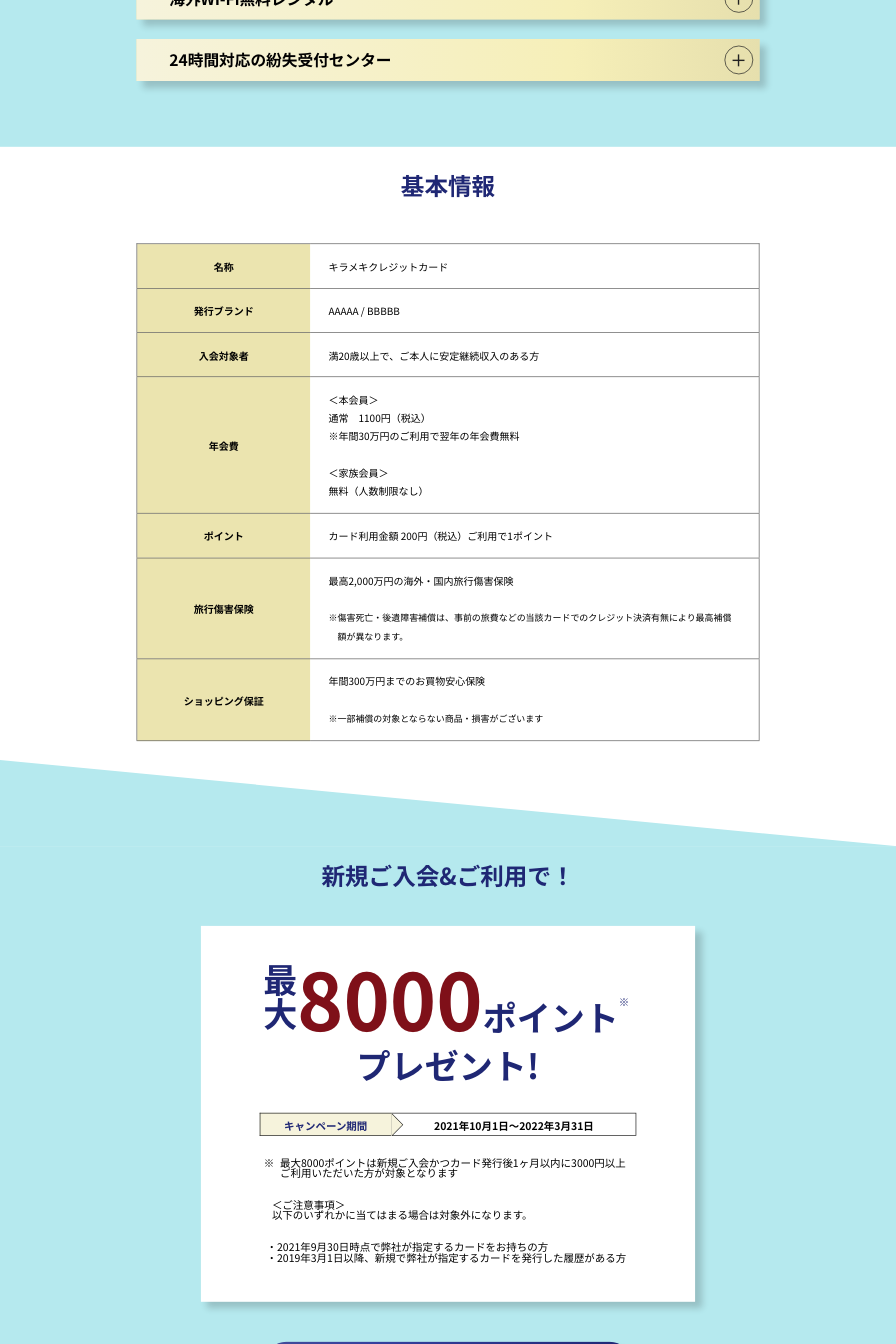
Repository: ryu-nuno/tech_academy_subwork
Page: kadai-kirameki-card/index.html
The author's editor kept a record of every edit. The page is drawn from the files as they stood at one moment, then again after the next edit.
The browser window is 1280 px wide. The pictures show the part of the page from y = 3904 to 5824 px (the page is 6251 px tall before and 6289 px after), at 70% of full size.
Some web libraries are served in a nearby version.

Above is the page before.

### kadai-kirameki-card/index.html
<!DOCTYPE html>
<html lang="ja">
    <head>
        <meta charset="UTF-8">
        <meta name="viewport" content="width=device-width, initial-scale=1.0">
        <title>Kirameki-card</title>
        <meta name="description" content="ページの説明が入ります">

        <!-- CSS -->
        <link rel="stylesheet" href="https://cdnjs.cloudflare.com/ajax/libs/normalize/8.0.1/normalize.css">
        <link rel="stylesheet" type="text/css" href="./slick/slick.css">
        <link rel="stylesheet" type="text/css" href="./slick/slick-theme.css">
        <!--<link rel="stylesheet" href="https://unpkg.com/swiper/swiper-bundle.css">
        <link rel="stylesheet" href="https://unpkg.com/swiper/swiper-bundle.min.css">-->
        <link rel="stylesheet" href="https://unpkg.com/swiper@7/swiper-bundle.min.css">
        <link rel="stylesheet" href="css/ress.min.css">
        <link rel="stylesheet" href="./css/style.css">

        <!-- FontAwesome -->
        <script src="https://kit.fontawesome.com/ab2670e4fc.js" crossorigin="anonymous"></script>

        <link rel="preconnect" href="https://fonts.googleapis.com">
        <link rel="preconnect" href="https://fonts.gstatic.com" crossorigin>
        <link href="https://fonts.googleapis.com/css2?family=Cormorant+Garamond:wght@300&family=Noto+Serif+JP&family=Roboto&display=swap" rel="stylesheet">
    </head>
    <body>
      <div id="wrapper">


        <!-- ヘッダー -->
        <header class="header">
          <div class="logo"><img src="./images/pc/Kirameki_Card_logo.png" alt=""></div>

          <div class="header_wrap">
            <div class="nav">
            <nav class="pc_nav">
              <ul class="pc_nav_ul">
                <li><a href="#">カード活用方法</a></li>
                <li><a href="#">ポイントを使う</a></li>
                <li><a href="#">お問合せ</a></li>
              </ul>
            </nav>
            </div>

            <div class="application_button_s"><span class="head_right"><a href="#">申し込む</a></span><i class="fas fa-chevron-right"></i></div>
          </div>
        </header>


        <header class="sp_header">
          <div><div class="sp_logo">キラメキカード</div></div>
                  <div class="sp_nav_wrap">
          <div id="menu"><span class="hamburger"><i class="fas fa-bars"></i></span></div>
            <nav class="sp_nav">
            <ul class="sp_nav_ul">
              <li><a href="#">カード活用方法</a></li>
              <li><a href="#">ポイントを使う</a></li>
              <li><a href="#">お問い合わせ</a></li>
            </ul>
        </nav>
    </div>
  </header>

        <!--メイン-->
        <main>

          <section class="main_top">
              <h1 class="main_catch">ネットショッピング時代の<br class="sp_br">スタンダード</h1>
                <div class="main_img">
                  <img src="./images/pc/lp6_1.png" alt="">
                </div>
                <div class="sp_join_button"><span class="sp_join_p"><a href="#">申し込む</a></span><i class="fas fa-chevron-right"></i></div>
                <div class="stack">
                  <div class="sub_catch">キラメキカードは<br class="sp_br">2021最強クレジットカード<br class="sp_br">ランキングNo.1に選ばれました</div>
                </div>
          </section>


          <div class="hide">
            <div class="gap">

            </div>
          </div>

          <div class="hide">
            <section class="join1">

              <h2 class="ad_heading">新規ご入会&ご利用で！</h2>
              <div class="join_wrap">
                <div class="join_detail">
                  <span class="vertical">最大</span>
                  <span class="font_l_red">8000</span><span class="point">ポイント</span><span class="kome">※</span><br>
                  <span class="text_center_present">プレゼント!</span>
                </div>

                <div class="campaign_period">
                  <span class="campaign">キャンペーン期間</span>
                 <span class="period">2021年10月1日〜2022年3月31日</span>
                </div>

                 <div class="campaign_caution">
                   <span class="rice_2">※</span>
                  <span class="subject">最大8000ポイントは新規ご入会かつカード発行後1ヶ月以内に3000円以上ご利用いただいた方が対象となります</span>
                 </div>

                <div class="caution_detail">
                  <div class="detail_first">
                  <span class="caution">＜ご注意事項＞<br></span>
                  <span class="not_app">以下のいずれかに当てはまる場合は対象外になります。<br></span>
                </div>

                <div class="detail_second">
                  <div class="flex">
                  <span class="not_app_p">・</span><span class="not_app_block">2021年9月30日時点で弊社が指定するカードをお持ちの方</span>
                </div>
                <div class="flex">
                  <span class="not_app_p">・</span><span class="not_app_block">2019年3月1日以降、新規で弊社が指定するカードを発行した履歴がある方</span>
                </div>
              </div>
              </div>
              </div>

                <div class="application_button_l"><span class="ad_right"><a href="#">キラメキカードに申し込む</a></span><i class="fas fa-chevron-right"></i></div>
             </section>
            </div>

          <div class="hide">
           <section class="benefit_service">
             <h2 class="heading">特典・サービス</h2>
            <table class="benefit_table">
              <tr>
                <td class="h_cell left_top"><span class="bold_head t_head">年会費</span></td>
                <td class="d_cell right_top"><span class="bold">1,100円（税込）<br></span>
                  <span class="bold">年間30万円のご利用で</span><span class="red_m">翌年度無料</span><span class="annotation sp_position">※1</span>
              </td>
              </tr>
              <tr>
                <td class="h_cell"><span class="bold_head t_head">ポイント還元</span></td>
                <td class="d_cell"><span class="bold">最大</span><span class="red_l">5</span><span class="bold">%</span><span class="annotation">※2</span> </td>
              </tr>
              <tr>
                <td class="h_cell"><span class="bold_head t_head">継続特典</span></td>
                <td class="d_cell"><span class="regular">年間30万円のご利用でもれなく<br></span>
                    <span class="red_l">5000</span><span class="bold">ポイント還元</span><span class="annotation">※1</span>
                </td>
              </tr>
              <tr>
                <td class="h_cell left_bottom"><span class="bold_head t_head">付帯サービス</span></td>
                <td class="d_cell right_bottom"><span class="regular">海外旅行障害保険<br></span>
                  <span class="bold">最高</span><span class="red_l">2000</span><span class="bold">万円</span>
                </td>
              </tr>
            </table>

            <div class="supplement sp_bottom"><span class="spp_no">※1 対象取引や算定期間等の実際の適用条件などの詳細は規約をご確認ください。</span></div>

          <div class="supplement"><span class="spp_no">※2一部ポイント加算対象とならない店舗および指定のポイント還元率にならない場合があります。ポイント還元率は利用金額に対する獲得ポイントを示したもので、ポイントの交換方法によっては、1ポイント1円相当にならない場合がございます。</span></div>


              <div class="application_button_l"><span class="ad_right"><a href="#">キラメキカードに申し込む</a></span><i class="fas fa-chevron-right"></i></div>
           </section>
          </div>

            <div class="hide">
             <section class="flow">
               <h2 class="heading">カード発行までの流れ</h2>

               <div class="swiper">
                <div class="swiper-wrapper">
                  <div class="swiper-slide"><div class="swiper-content"><span class="flow_no">01<br></span><span class="flow_head">カードお申し込み</span></div></div>
                  <div class="swiper-slide"><div class="swiper-content"><span class="flow_no">02<br></span><span class="flow_head">入会審査・カード発行</span></div></div>
                  <div class="swiper-slide"><div class="swiper-content"><span class="flow_no">03<br></span><span class="flow_head">カード到着</span></div></div>
                  <div class="swiper-slide"><div class="swiper-content"><span class="flow_no">04<br></span><span class="flow_head">アプリをダウンロード</span></div></div>
                  <div class="swiper-slide"><div class="swiper-content"><span class="flow_no">05<br></span><span class="flow_head">アプリでカード番号を確認</span></div></div>
                </div>
                <div class="swiper-button-prev"></div>
                <div class="swiper-button-next"></div>
                <div class="swiper-pagination"></div>
              </div>
             </section>
            </div>


           <section class="other">
              <h2 class="heading">他にも<br class="sp_br">特典・サービスがたくさん</h2>

              <div class="other_wrap">
                <dl class="accordion">
                    <dt class="other_heading"><div class="sp_question pc_question"><span class="other_head_p">国内も、海外も。<br class="sp_br">最高2,000万円の旅行傷害保険。</span><span class="symbol">開く</span></div></dt>
                    <dd class="other_p"><div class="flex" style="display : flex; align-items: baseline;"><div class="other_block">最高2,000万円の旅行傷害保険<br>海外・国内最高2,000万円の旅行傷害保険が付帯されます。（一部利用条件あり）</div></div></dd>
                    <dt class="other_heading"><div class="sp_question"><span class="other_head_p">年間300万円までの<br class="sp_br">お買物安心保険。</span><span class="symbol">開く</span></div></dt>
                    <dd class="other_p"><div class="flex" style="display : flex; align-items: baseline;"><div class="other_block">キラメキクレジットカードで決済して購入した商品が壊れたり、盗まれたりしたときに安心の保険サービスです。<br>保険料のお支払いや事前のお届けは必要ございません。</div></div></dd>
                    <dt class="other_heading"><div class="sp_question"><span class="other_head_p">国内空港ラウンジサービスが<br class="sp_br">無料<br class="sp_br"></span><span class="symbol">開く</span></div></dt>
                    <dd class="other_p"><div class="flex" style="display : flex; align-items: baseline;"><div class="other_block">国内主要空港のラウンジを無料でご利用いただくことが可能です。</div></div></dd>
                    <dt class="other_heading"><div class="sp_question"><span class="other_head_p_2">海外Wi-Fi無料レンタル</span><span class="symbol">開く</span></div></dt>
                    <dd class="other_p"><div class="flex" style="display : flex; align-items: baseline;"><div class="other_block">海外でご利用いただけるポータブルWi-Fiを無料でレンタルすることが可能です。</div></div></dd>
                    <dt class="other_heading"><div class="sp_question"><span class="other_head_p">24時間対応の<br class="sp_br">紛失受付センター</span><span class="symbol">開く</span></div></dt>
                    <dd class="other_p"><div class="flex" style="display : flex; align-items: baseline;"><div class="other_block">紛失したカードの利用停止と再発行のお手続きをWebと電話から同時に行うことが可能です。</div></div></dd>
                  </dl>
                </div>
            </section>








            <div class="hide">
              <section class="base_info">
                <h2 class="heading">基本情報</h2>

                <table class="base_info_table">
                  <tr><td class="base_info_th">名称</td><td class="base_info_td">キラメキクレジットカード</td></tr>
                  <tr><td class="base_info_th">発行ブランド</td><td class="base_info_td">AAAAA / BBBBB</td></tr>
                  <tr><td class="base_info_th">入会対象者</td><td class="base_info_td">満20歳以上で、ご本人に安定継続収入のある方</td></tr>
                  <tr><td class="base_info_th">年会費</td><td class="base_info_td"><div class="line_height">＜本会員＞<br>通常　1100円（税込）<br><span class="annotation_block">※年間30万円のご利用で翌年の年会費無料</span><br>＜家族会員＞<br>無料（人数制限なし）</div></td></tr>
                  <tr><td class="base_info_th">ポイント</td><td class="base_info_td">カード利用金額 200円（税込）ご利用で1ポイント</td></tr>
                  <tr><td class="base_info_th">旅行傷害保険</td><td class="base_info_td">最高2,000万円の海外・国内旅行傷害保険<br><span class="annotation_flex"><span class="info_annotation">※</span><span class="info_annotation annotation_block">傷害死亡・後遺障害補償は、事前の旅費などの当該カードでのクレジット決済有無により最高補償額が異なります。</span></span></td></tr>
                  <tr><td class="base_info_th">ショッピング保証</td><td class="base_info_td">年間300万円までのお買物安心保険<br><span class="annotation_flex"><span class="info_annotation">※</span><span class="info_annotation annotation_block">一部補償の対象とならない商品・損害がございます</span></span></td></tr>


                </table>
              </section>
            </div>

            <div class="hide">
              <section class="join2">
                <h2 class="ad_heading">新規ご入会&amp;ご利用で！</h2>
                <div class="join_wrap">
                  <div class="join_detail">
                    <span class="vertical">最大</span>
                    <span class="font_l_red">8000</span><span class="point">ポイント</span><span class="kome">※</span><br>
                    <span class="text_center_present">プレゼント!</span>
                  </div>

                  <div class="campaign_period">
                    <span class="campaign">キャンペーン期間</span>
                   <span class="period">2021年10月1日〜2022年3月31日</span>
                  </div>

                   <div class="campaign_caution">
                     <span class="rice_2">※</span>
                    <span class="subject">最大8000ポイントは新規ご入会かつカード発行後1ヶ月以内に3000円以上ご利用いただいた方が対象となります</span>
                   </div>

                  <div class="caution_detail">
                    <div class="detail_first">
                    <span class="caution">＜ご注意事項＞<br></span>
                    <span class="not_app">以下のいずれかに当てはまる場合は対象外になります。<br></span>
                  </div>

                  <div class="detail_second">
                    <div class="flex">
                    <span class="not_app_p">・</span><span class="not_app_block">2021年9月30日時点で弊社が指定するカードをお持ちの方</span>
                  </div>
                  <div class="flex">
                    <span class="not_app_p">・</span><span class="not_app_block">2019年3月1日以降、新規で弊社が指定するカードを発行した履歴がある方</span>
                  </div>
                </div>
                </div>
                </div>

                  <div class="application_button_l"><span class="ad_right"><a href="#">キラメキカードに申し込む</a></span><i class="fas fa-chevron-right"></i></div>
               </section>
              </div>

        </main>

        <!-- フッター -->
        <footer class="footer">
          <div class="footer_logo"><img src="./images/pc/Kirameki_Card_logo.png" alt="フッターロゴ"></div>
          <p class="copywrite">&copy; 2004-2021 Kirameki Card Co. Ltd. All Rights Reserved.</p>

        </footer>

        <!-- JS -->
        <script src="https://ajax.googleapis.com/ajax/libs/jquery/3.4.1/jquery.min.js"></script>
        <!--<script type="text/javascript" src="https://cdnjs.cloudflare.com/ajax/libs/jquery/1.11.1/jquery.min.js"></script>
        <script src="https://code.jquery.com/jquery-2.2.0.min.js" type="text/javascript"></script>-->
        <!--<script src="https://unpkg.com/swiper/swiper-bundle.js"></script>
        <script src="https://unpkg.com/swiper/swiper-bundle.min.js"></script>-->
        <script src="https://unpkg.com/swiper@7/swiper-bundle.min.js"></script>
        <script src="./slick/slick.js"  ></script>
        <script src="./js/hamburger.js"></script>
        <script src="./js/accordion.js"></script>
        <script src="./js/swiper.js"></script>
        <script src="./js/inview.js"></script>

      </div>
    </body>
</html>

### kadai-kirameki-card/css/ress.min.css
/*!
 * ress.css • v4.0.0
 * MIT License
 * github.com/filipelinhares/ress
 */html{box-sizing:border-box;-webkit-text-size-adjust:100%;word-break:normal;-moz-tab-size:4;tab-size:4}*,:after,:before{background-repeat:no-repeat;box-sizing:inherit}:after,:before{text-decoration:inherit;vertical-align:inherit}*{padding:0;margin:0}hr{overflow:visible;height:0;color:inherit}details,main{display:block}summary{display:list-item}small{font-size:80%}[hidden]{display:none}abbr[title]{border-bottom:none;text-decoration:underline;text-decoration:underline dotted}a{background-color:transparent}a:active,a:hover{outline-width:0}code,kbd,pre,samp{font-family:monospace,monospace}pre{font-size:1em}b,strong{font-weight:bolder}sub,sup{font-size:75%;line-height:0;position:relative;vertical-align:baseline}sub{bottom:-.25em}sup{top:-.5em}table{border-color:inherit;text-indent:0}input{border-radius:0}[disabled]{cursor:default}[type=number]::-webkit-inner-spin-button,[type=number]::-webkit-outer-spin-button{height:auto}[type=search]{-webkit-appearance:textfield;outline-offset:-2px}[type=search]::-webkit-search-decoration{-webkit-appearance:none}textarea{overflow:auto;resize:vertical}button,input,optgroup,select,textarea{font:inherit}optgroup{font-weight:700}button{overflow:visible}button,select{text-transform:none}[role=button],[type=button],[type=reset],[type=submit],button{cursor:pointer;color:inherit}[type=button]::-moz-focus-inner,[type=reset]::-moz-focus-inner,[type=submit]::-moz-focus-inner,button::-moz-focus-inner{border-style:none;padding:0}[type=button]::-moz-focus-inner,[type=reset]::-moz-focus-inner,[type=submit]::-moz-focus-inner,button:-moz-focusring{outline:1px dotted ButtonText}[type=reset],[type=submit],button,html [type=button]{-webkit-appearance:button}button,input,select,textarea{background-color:transparent;border-style:none}a:focus,button:focus,input:focus,select:focus,textarea:focus{outline-width:0}select{-moz-appearance:none;-webkit-appearance:none}select::-ms-expand{display:none}select::-ms-value{color:currentColor}legend{border:0;color:inherit;display:table;white-space:normal;max-width:100%}::-webkit-file-upload-button{-webkit-appearance:button;color:inherit;font:inherit}img{border-style:none}progress{vertical-align:baseline}[aria-busy=true]{cursor:progress}[aria-controls]{cursor:pointer}[aria-disabled=true]{cursor:default}

Loaded but not shown: kadai-kirameki-card/slick/slick.css (common file); kadai-kirameki-card/slick/slick-theme.css (common file); kadai-kirameki-card/slick/slick.js (library); kadai-kirameki-card/js/swiper.js (41 lines, source omitted); kadai-kirameki-card/js/inview.js (12 lines, source omitted); kadai-kirameki-card/js/accordion.js (6 lines, source omitted); kadai-kirameki-card/js/hamburger.js (5 lines, source omitted); kadai-kirameki-card/css/style.css (1590 lines, source omitted)

After the next edit:
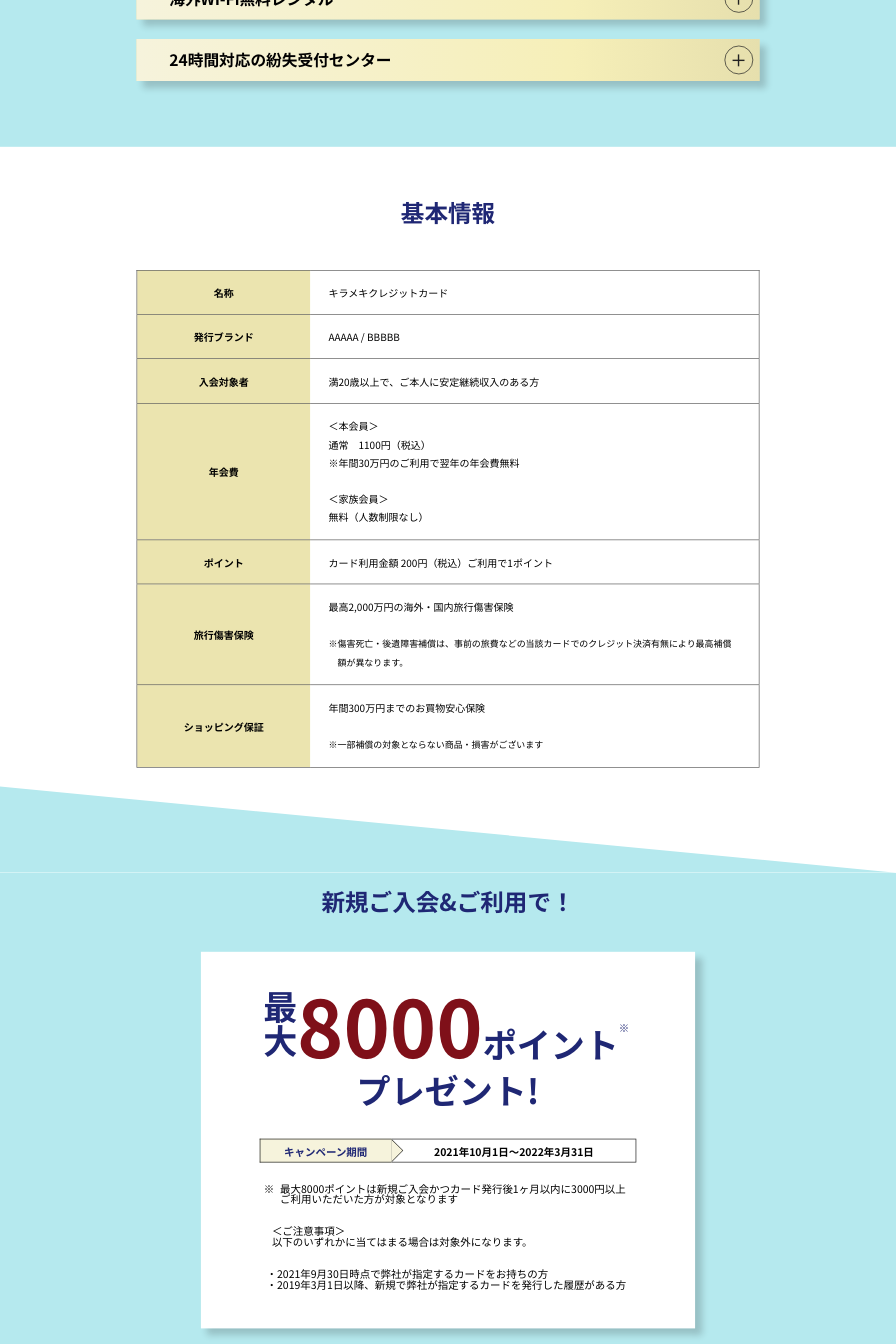
The edit:
--- a/kadai-kirameki-card/index.html
+++ b/kadai-kirameki-card/index.html
@@ -209,7 +209,7 @@
 
             <div class="hide">
               <section class="base_info">
-                <h2 class="heading">基本情報</h2>
+                <h2 class="base_heading">基本情報</h2>
 
                 <table class="base_info_table">
                   <tr><td class="base_info_th">名称</td><td class="base_info_td">キラメキクレジットカード</td></tr>
